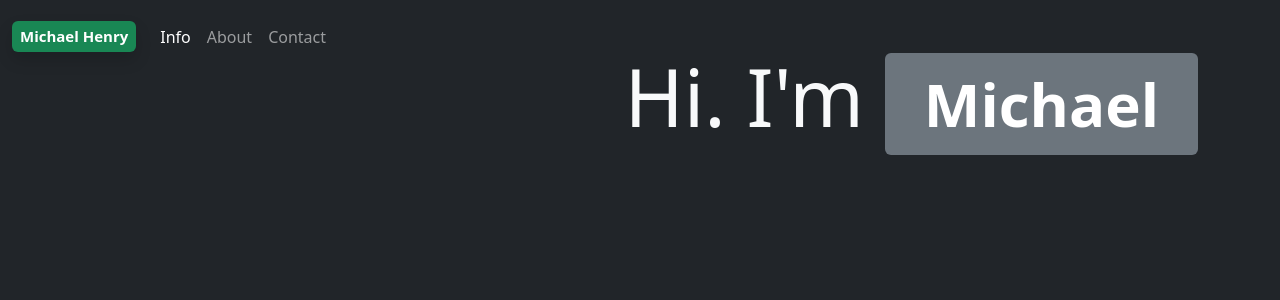
Repository: kenyi-mic/Portfolio_bootstrap
Page: index.html
An editor plug-in stored every save of this project. The page is shown before and after the next save, followed by the edit.
The browser window is 1280 px wide. The pictures show the whole page.

Above is the page before, as saved 2022-11-25 13:57:40.

After the next save:
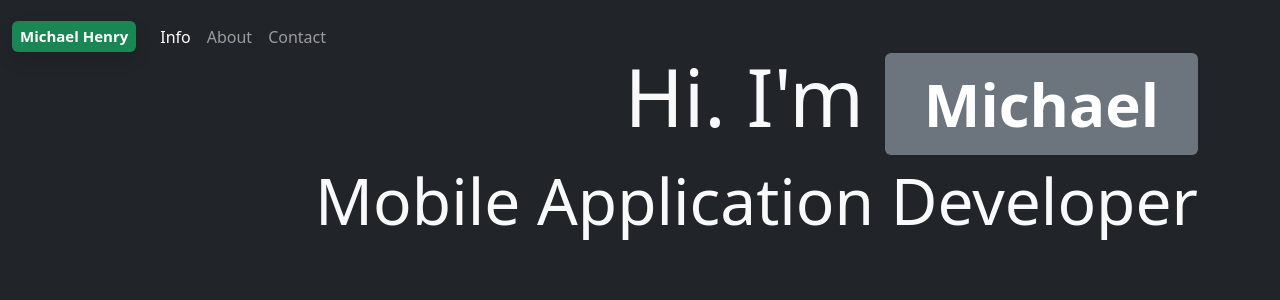
Saved 71 s later.
--- a/index.html
+++ b/index.html
@@ -39,6 +39,7 @@
         <h1 class="display-1">
             Hi. I'm <span class="badge bg-secondary">Michael</span>
         </h1>
+        <h2 class="display-3">Mobile Application Developer</h2>
     </header>
 
 
